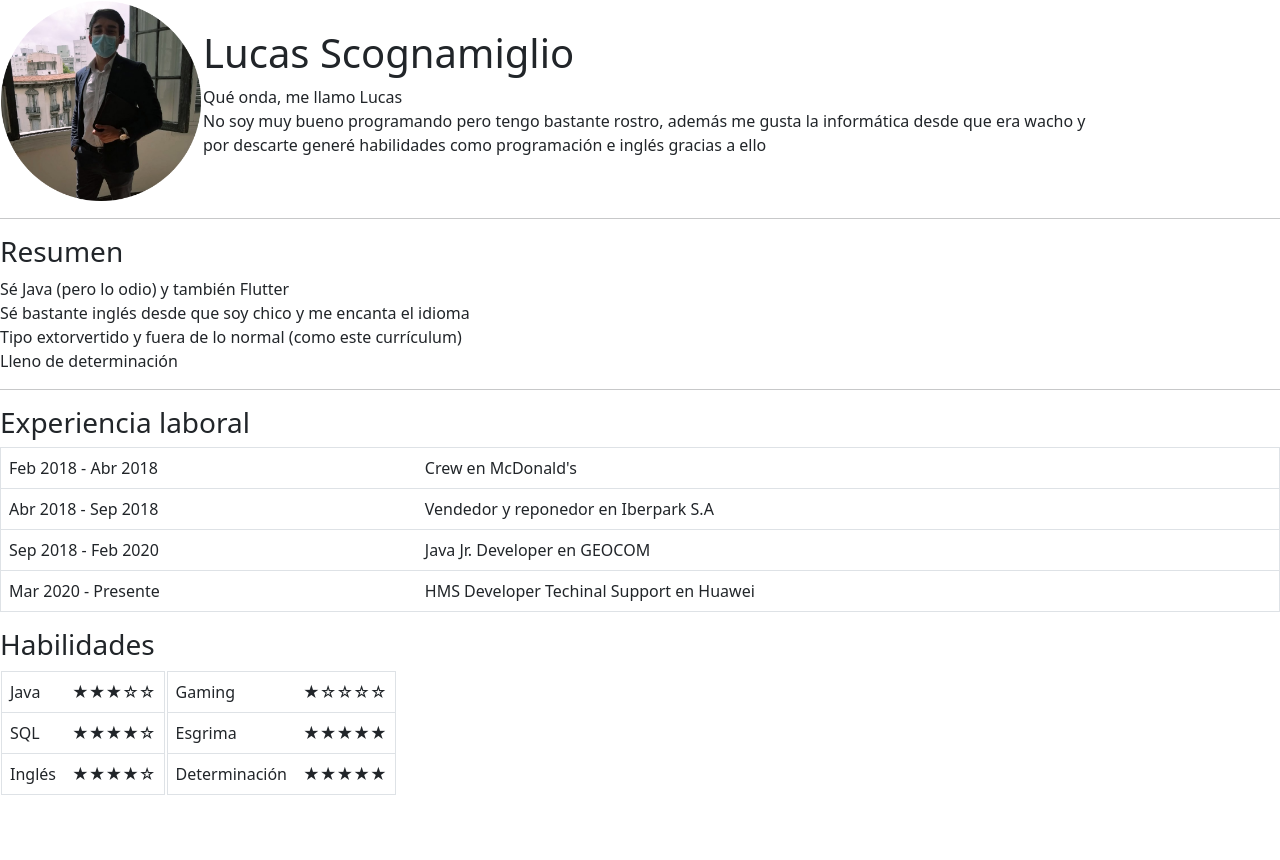
Repository: ScoggoDev/DesarrolloWeb
Page: tarea en equipo 1/cv.html
An editor plug-in stored every save of this project. The page is shown before and after the next save, followed by the edit.
The browser window is 1280 px wide. The pictures show the whole page.

Above is the page before, as saved 2021-07-07 21:40:46.

### tarea en equipo 1/cv.html
<!DOCTYPE html>
<html>
  <head>
    <meta charset="utf-8">
    <title>Lucas's Personal Site</title>
    <link href="https://cdn.jsdelivr.net/npm/bootstrap@5.0.2/dist/css/bootstrap.min.css" rel="stylesheet" integrity="sha384-EVSTQN3/azprG1Anm3QDgpJLIm9Nao0Yz1ztcQTwFspd3yD65VohhpuuCOmLASjC" crossorigin="anonymous">
    <script src="https://cdn.jsdelivr.net/npm/bootstrap@5.0.2/dist/js/bootstrap.bundle.min.js" integrity="sha384-MrcW6ZMFYlzcLA8Nl+NtUVF0sA7MsXsP1UyJoMp4YLEuNSfAP+JcXn/tWtIaxVXM" crossorigin="anonymous"></script>
  </head>
  <body>
    <table cellspacing = "20">
      <td><img src="circle-cropped.png" alt="Lucas Scognamiglio" width="200" height="200"></td>
      <td>    <h1>Lucas Scognamiglio</h1>
          <p>Qué onda, me llamo Lucas<br> No soy muy bueno programando pero tengo bastante rostro, además me gusta la informática desde que era wacho y <br>por descarte generé habilidades como programación e inglés gracias a ello <br> </p></td>
    </table>

    <hr>
    <h3>Resumen</h3>
    <ul class="list-group">
      <li>Sé Java (pero lo odio) y también Flutter</li>
      <li>Sé bastante inglés desde que soy chico y me encanta el idioma</li>
      <li>Tipo extorvertido y fuera de lo normal (como este currículum)</li>
      <li>Lleno de determinación</li>
    </ul>
    <hr>
    <h3>Experiencia laboral</h3>
    <table border="1" class="table">
      <tr>
        <td>Feb 2018 - Abr 2018</td>
        <td>Crew en McDonald's</td>
      </tr>
      <tr>
        <td>Abr 2018 - Sep 2018</td>
        <td>Vendedor y reponedor en Iberpark S.A</td>
      </tr>
      <tr>
        <td>Sep 2018 - Feb 2020</td>
        <td>Java Jr. Developer en GEOCOM</td>
      </tr>
      <tr>
        <td>Mar 2020 - Presente</td>
        <td>HMS Developer Techinal Support en Huawei</td>
      </tr>
    </table>

    <h3>Habilidades</h3>
    <table cellspacing = "10">
      <td>
        <table border="1" class="table">
          <tr>
            <td>Java</td>
            <td>★★★☆☆</td>
          </tr>
          <tr>
            <td>SQL</td>
            <td>★★★★☆</td>
          </tr>
          <tr>
            <td>Inglés</td>
            <td>★★★★☆</td>
          </tr>
        </table>
      </td>
      <td>
        <table border="1" class="table">
          <tr>
            <td>Gaming</td>
            <td>★☆☆☆☆</td>
          </tr>
          <tr>
            <td>Esgrima</td>
            <td>★★★★★</td>
          </tr>
          <tr>
            <td>Determinación</td>
            <td>★★★★★</td>
          </tr>
        </table>
      </td>
    </table>

    <br>

    <br>
  </body>
</html>

After the next save:
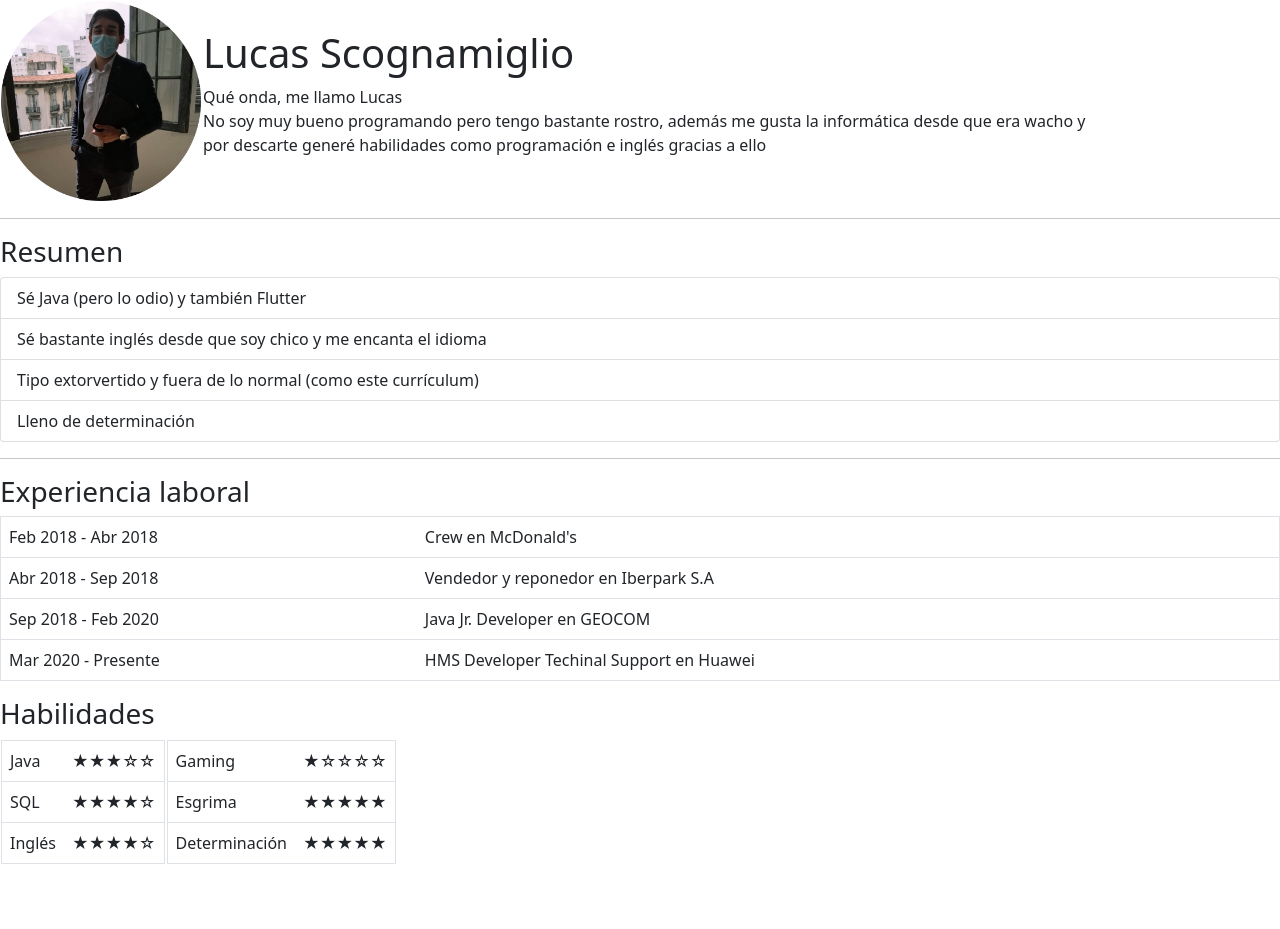
Saved 28 s later.
--- a/tarea en equipo 1/cv.html
+++ b/tarea en equipo 1/cv.html
@@ -16,10 +16,10 @@
     <hr>
     <h3>Resumen</h3>
     <ul class="list-group">
-      <li>Sé Java (pero lo odio) y también Flutter</li>
-      <li>Sé bastante inglés desde que soy chico y me encanta el idioma</li>
-      <li>Tipo extorvertido y fuera de lo normal (como este currículum)</li>
-      <li>Lleno de determinación</li>
+      <li class="list-group-item">Sé Java (pero lo odio) y también Flutter</li>
+      <li class="list-group-item">Sé bastante inglés desde que soy chico y me encanta el idioma</li>
+      <li class="list-group-item">Tipo extorvertido y fuera de lo normal (como este currículum)</li>
+      <li class="list-group-item">Lleno de determinación</li>
     </ul>
     <hr>
     <h3>Experiencia laboral</h3>
